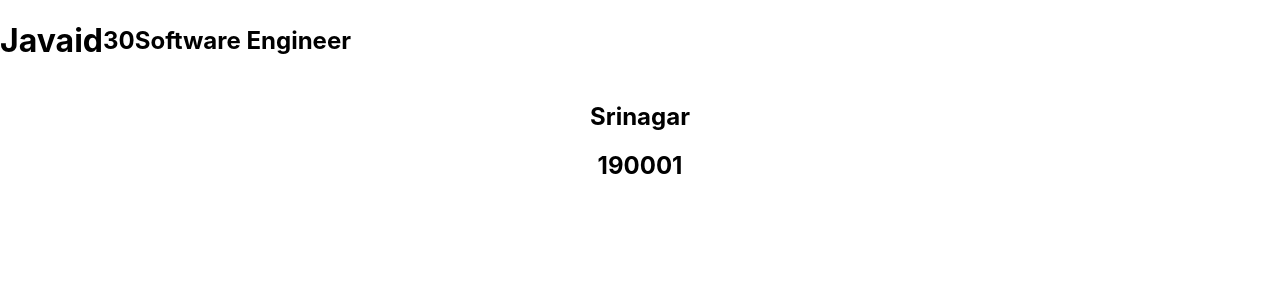
Repository: JavaidAhmadKhan/framer-motion-reacr
Page: /
An editor plug-in stored every save of this project. The page is shown before and after the next save, followed by the edit.
The browser window is 1280 px wide. The pictures show the whole page.
The project was rebuilt for these pictures with package versions that can differ from the ones it lists, and the page was loaded fresh each time.

Above is the page before, as saved 2022-05-19 17:19:40.

### src/App.js
import { Component } from "react";

import "./App.css";
class App extends Component {
  constructor() {
    console.log("constructor");
    super();
    console.log("super");
    this.state = {
      name: "Javaid",
      age: 30,
      profession: "Software Engineer",
      address: {
        city: "Srinagar",
        pincode: "190001",
      },
    };
  }

  render() {
    console.log("render");
    return (
      <div className="App">
        <div style={{ display: "flex", alignItems: "center"}}>
          <h1>{this.state.name}</h1>
          <h2>{this.state.age}</h2>
          <h2>{this.state.profession}</h2>
        </div>
        <h2>{this.state.address.city}</h2>
        <h2>{this.state.address.pincode}</h2>
      </div>
    );
  }
}

export default App;

Loaded but not shown: public/index.html (common file); src/index.js (common file); src/index.css (common file); src/reportWebVitals.js (common file); src/App.css (common file)

After the next save:
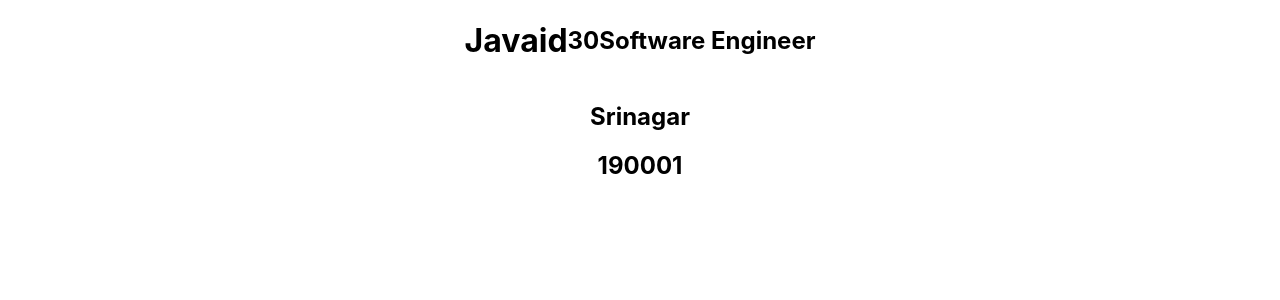
Saved 5 s later.
--- a/src/App.js
+++ b/src/App.js
@@ -21,7 +21,7 @@ class App extends Component {
     console.log("render");
     return (
       <div className="App">
-        <div style={{ display: "flex", alignItems: "center"}}>
+        <div style={{ display: "flex", alignItems: "center", justifyContent: "center"}}>
           <h1>{this.state.name}</h1>
           <h2>{this.state.age}</h2>
           <h2>{this.state.profession}</h2>
